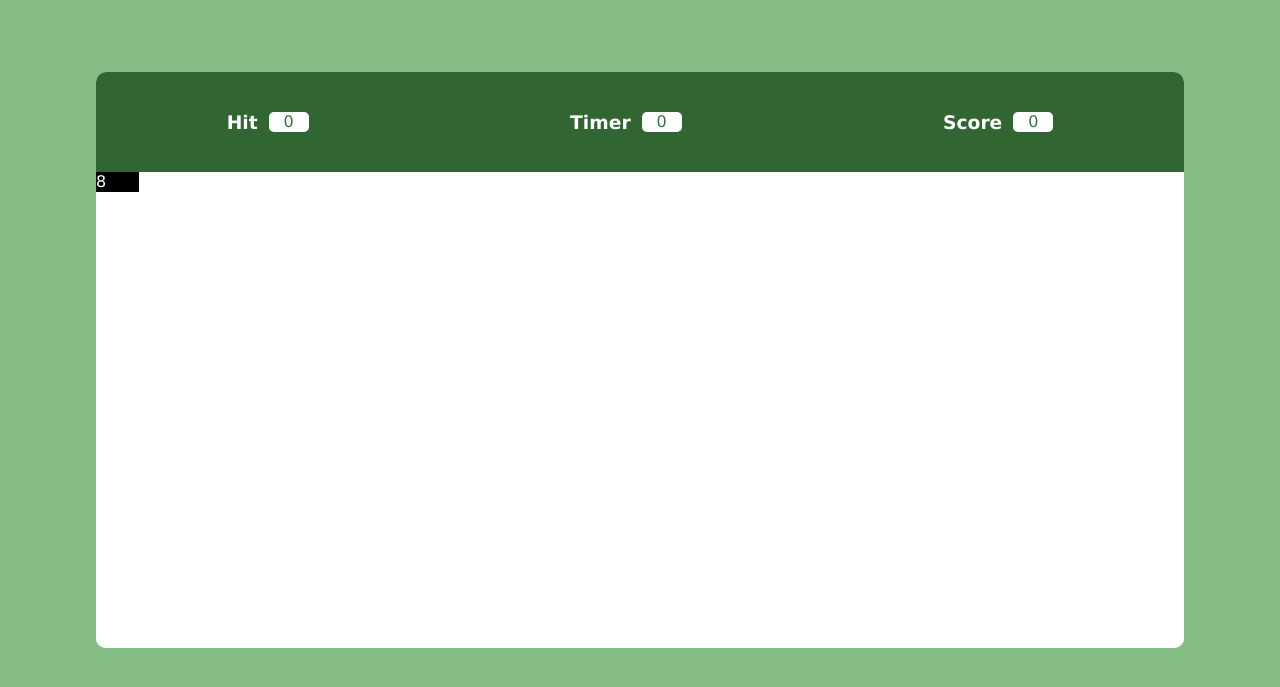
Repository: ketansharma22/BubbleGame
Page: index.html
The author's editor kept a copy of each file at every save. The page is drawn from the files as they stood at one save, then again after the next save.
The browser window is 1280 px wide. The pictures show the whole page.

Above is the page before, as saved 2024-02-18 23:13:06.

### index.html
<!DOCTYPE html>
<html lang="en">
<head>
    <meta charset="UTF-8">
    <meta name="viewport" content="width=device-width, initial-scale=1.0">
    <title>BubbleGame</title>
    <link rel="stylesheet" href="styles.css">
</head>
<body>
    <div class="main">
        <div class="show">
            <div class="upper">
                <div class="hit" id="sameee">
                    <h3>Hit</h3>
                    <div class="box">0</div>
                </div>
                <div class="timer" id="sameee">
                    <h3>Timer</h3>
                    <div class="box">0</div>
                </div>
                <div class="score" id="sameee">
                    <h3>Score</h3>
                    <div class="box">0  </div>
                </div>
            </div>

            <div class="lower">
                <div class="bubble">8</div>
            </div>
        </div>
    </div>
</body>
</html>

### styles.css
*{
    margin: 0;
    padding: 0;
    box-sizing: border-box;
    font-family:Verdana, Geneva, Tahoma, sans-serif
}
html,body{
    width: 100%;
    height: 100%;
}
.main{
    display: flex;
    justify-content: center;
    align-items: center;
    width: 100%;
    height: 100%;
    background-color: rgb(132, 189, 132);
}
.show{
    width: 85%;
    height: 80%;
    background-color: #fff;
    border-radius: 10px;
    overflow: hidden;
}
.upper{
    width: 100%;
    height: 100px;
    background-color:rgb(49, 102, 51);
    color: white;
    display: flex;
    align-items: center;
    justify-content: space-around;
}
.box{
    width: 40px;
    background-color: white;
    color:rgb(60, 112, 60);
    display: flex;
    justify-content: center;
    align-items: center;
    height: 20px;
    border-radius: 5px;
}
#sameee{
    display: flex;
    gap: 11px;
}


.lower{
    width: 100%;
    height: calc(100% - 100px);
    background-color: white;
    display: flex;
    flex-wrap: wrap;
}
.bubble{
    width: 43px;
    background-color: black;
    color: white;
    height: 20px;
}

After the next save:
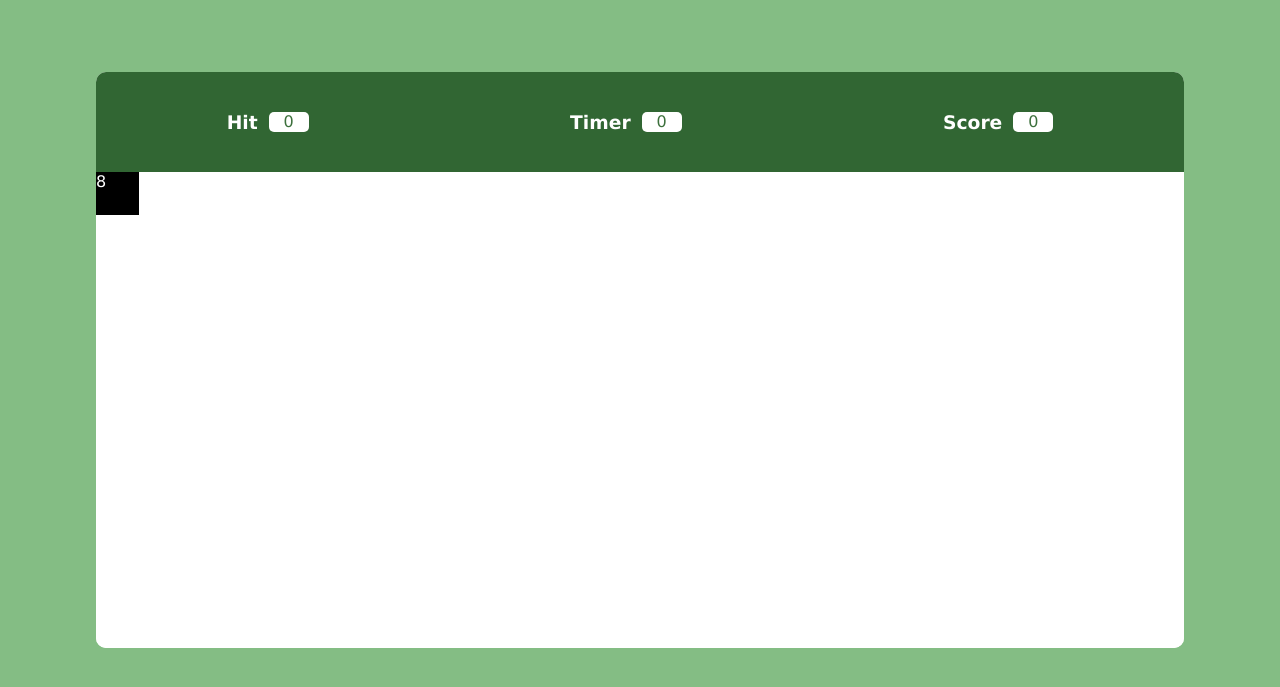
Saved 5 s later.
--- a/styles.css
+++ b/styles.css
@@ -59,5 +59,5 @@ html,body{
     width: 43px;
     background-color: black;
     color: white;
-    height: 20px;
+    height: 43px;
 }
